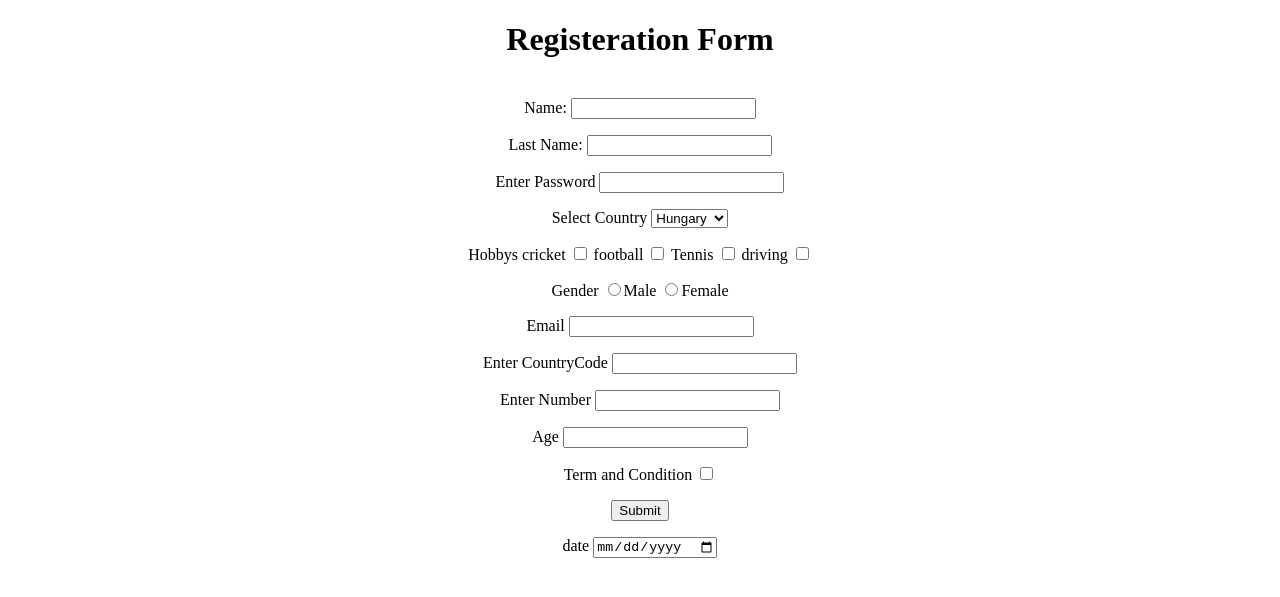
Repository: DevKhanHassam/SpringMvc
Page: http://localhost/formPractice/WEB-INF/views/form.jsp
These files come from the project's save history. The page is drawn as it stood at one moment and after the next save; the edit follows.
The browser window is 1280 px wide. The pictures show the whole page.
The page is served by Tomcat 9. Nobody is signed in. The template is opened directly, without the code that normally fills it, so the values that code supplies are empty.

Above is the page before, as saved 2024-05-20 16:46:09.

After the next save:
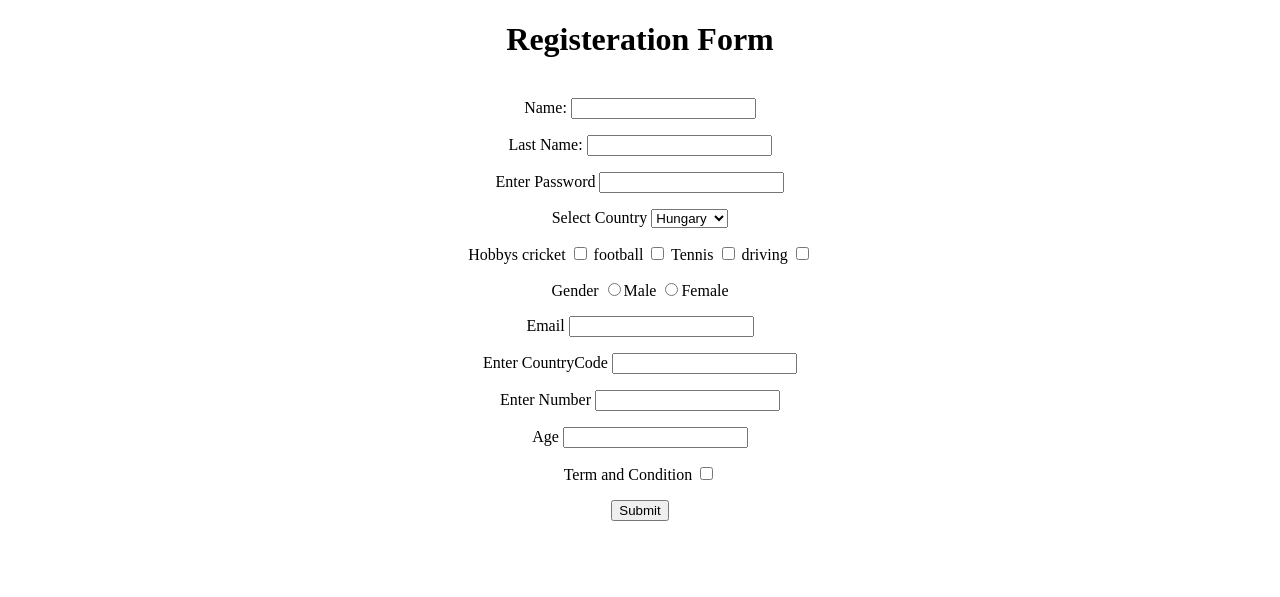
Saved 10 min 17 s later.
--- a/formPractice/src/main/webapp/WEB-INF/views/form.jsp
+++ b/formPractice/src/main/webapp/WEB-INF/views/form.jsp
@@ -101,10 +101,15 @@
 			<p>
 				<input type="submit">
 		</form:form>
-			<form action="">
-			<label>date</label>
-			<input type="date">
-			</form>
+
+
+
+
+
+
+
+
+
 	</div>
 </body>
 </html>
